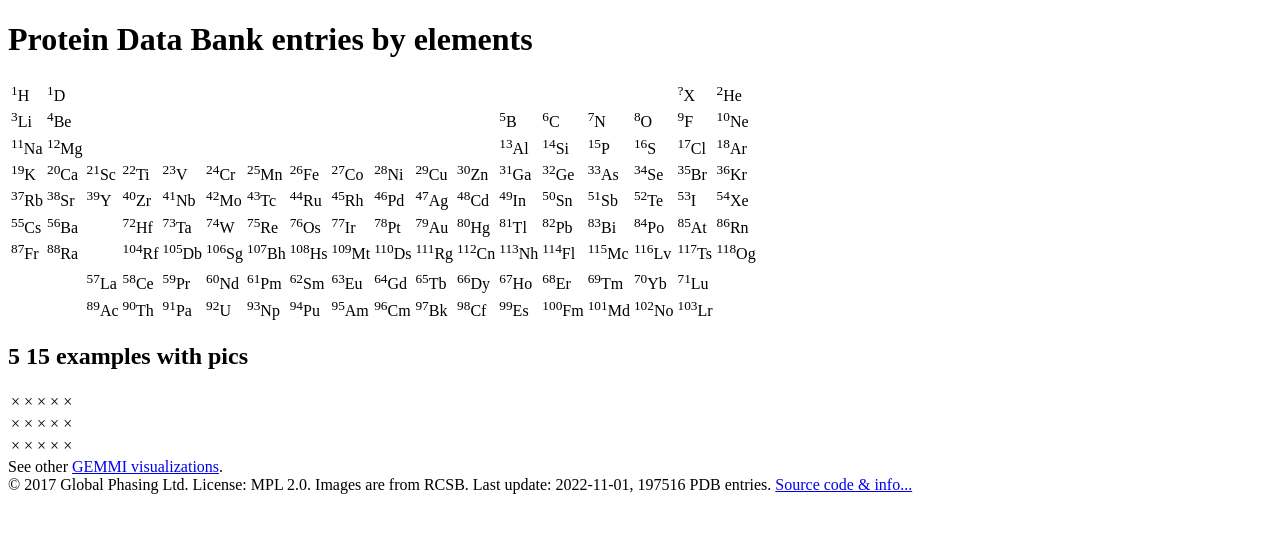
Repository: punitbathija/Placement-Assitance-iNeuron
Page: periodicTable.html
The author's editor kept a copy of each file at every save. The page is drawn from the files as they stood at one save, then again after the next save.
The browser window is 1280 px wide. The pictures show the whole page.

Above is the page before, as saved 2023-05-22 17:40:31.

### periodicTable.html
<!DOCTYPE html>
<html lang="en">
  <head>
    <meta charset="UTF-8" />
    <meta http-equiv="X-UA-Compatible" content="IE=edge" />
    <meta name="viewport" content="width=device-width, initial-scale=1.0" />
    <title>Document</title>
    <link rel="stylesheet" href="periodicTable.css" />
  </head>
  <body>
    <h1>Protein Data Bank entries by&nbsp;elements</h1>
    <table id="periodic">
      <tr id="p1">
        <td id="H" title="Hydrogen"><sup>1</sup>H</td>
        <td id="D" title="Deuterium"><sup>1</sup>D</td>
        <td class="empty" colspan="14"></td>
        <td id="X" title="Unknown"><sup>?</sup>X</td>
        <td id="He" title="Helium"><sup>2</sup>He</td>
      </tr>
      <tr id="p2">
        <td id="Li" title="Lithium"><sup>3</sup>Li</td>
        <td id="Be" title="Beryllium"><sup>4</sup>Be</td>
        <td class="empty" id="desc" colspan="10" rowspan="2"></td>
        <td id="B" title="Boron"><sup>5</sup>B</td>
        <td id="C" title="Carbon"><sup>6</sup>C</td>
        <td id="N" title="Nitrogen"><sup>7</sup>N</td>
        <td id="O" title="Oxygen"><sup>8</sup>O</td>
        <td id="F" title="Fluorine"><sup>9</sup>F</td>
        <td id="Ne" title="Neon"><sup>10</sup>Ne</td>
      </tr>
      <tr id="p3">
        <td id="Na" title="Sodium"><sup>11</sup>Na</td>
        <td id="Mg" title="Magnesium"><sup>12</sup>Mg</td>
        <td id="Al" title="Aluminium"><sup>13</sup>Al</td>
        <td id="Si" title="Silicon"><sup>14</sup>Si</td>
        <td id="P" title="Phosphorus"><sup>15</sup>P</td>
        <td id="S" title="Sulfur"><sup>16</sup>S</td>
        <td id="Cl" title="Chlorine"><sup>17</sup>Cl</td>
        <td id="Ar" title="Argon"><sup>18</sup>Ar</td>
      </tr>
      <tr id="p4">
        <td id="K" title="Potassium"><sup>19</sup>K</td>
        <td id="Ca" title="Calcium"><sup>20</sup>Ca</td>
        <td id="Sc" title="Scandium"><sup>21</sup>Sc</td>
        <td id="Ti" title="Titanium"><sup>22</sup>Ti</td>
        <td id="V" title="Vanadium"><sup>23</sup>V</td>
        <td id="Cr" title="Chromium"><sup>24</sup>Cr</td>
        <td id="Mn" title="Manganese"><sup>25</sup>Mn</td>
        <td id="Fe" title="Iron"><sup>26</sup>Fe</td>
        <td id="Co" title="Cobalt"><sup>27</sup>Co</td>
        <td id="Ni" title="Nickel"><sup>28</sup>Ni</td>
        <td id="Cu" title="Copper"><sup>29</sup>Cu</td>
        <td id="Zn" title="Zinc"><sup>30</sup>Zn</td>
        <td id="Ga" title="Gallium"><sup>31</sup>Ga</td>
        <td id="Ge" title="Germanium"><sup>32</sup>Ge</td>
        <td id="As" title="Arsenic"><sup>33</sup>As</td>
        <td id="Se" title="Selenium"><sup>34</sup>Se</td>
        <td id="Br" title="Bromine"><sup>35</sup>Br</td>
        <td id="Kr" title="Krypton"><sup>36</sup>Kr</td>
      </tr>
      <tr id="p5">
        <td id="Rb" title="Rubidium"><sup>37</sup>Rb</td>
        <td id="Sr" title="Strontium"><sup>38</sup>Sr</td>
        <td id="Y" title="Yttrium"><sup>39</sup>Y</td>
        <td id="Zr" title="Zirconium"><sup>40</sup>Zr</td>
        <td id="Nb" title="Niobium"><sup>41</sup>Nb</td>
        <td id="Mo" title="Molybdenum"><sup>42</sup>Mo</td>
        <td id="Tc" title="Technetium"><sup>43</sup>Tc</td>
        <td id="Ru" title="Ruthenium"><sup>44</sup>Ru</td>
        <td id="Rh" title="Rhodium"><sup>45</sup>Rh</td>
        <td id="Pd" title="Palladium"><sup>46</sup>Pd</td>
        <td id="Ag" title="Silver"><sup>47</sup>Ag</td>
        <td id="Cd" title="Cadmium"><sup>48</sup>Cd</td>
        <td id="In" title="Indium"><sup>49</sup>In</td>
        <td id="Sn" title="Tin"><sup>50</sup>Sn</td>
        <td id="Sb" title="Antimony"><sup>51</sup>Sb</td>
        <td id="Te" title="Tellurium"><sup>52</sup>Te</td>
        <td id="I" title="Iodine"><sup>53</sup>I</td>
        <td id="Xe" title="Xenon"><sup>54</sup>Xe</td>
      </tr>
      <tr id="p6">
        <td id="Cs" title="Caesium"><sup>55</sup>Cs</td>
        <td id="Ba" title="Barium"><sup>56</sup>Ba</td>
        <td class="empty"></td>
        <td id="Hf" title="Hafnium"><sup>72</sup>Hf</td>
        <td id="Ta" title="Tantalum"><sup>73</sup>Ta</td>
        <td id="W" title="Tungsten"><sup>74</sup>W</td>
        <td id="Re" title="Rhenium"><sup>75</sup>Re</td>
        <td id="Os" title="Osmium"><sup>76</sup>Os</td>
        <td id="Ir" title="Iridium"><sup>77</sup>Ir</td>
        <td id="Pt" title="Platinum"><sup>78</sup>Pt</td>
        <td id="Au" title="Gold"><sup>79</sup>Au</td>
        <td id="Hg" title="Mercury"><sup>80</sup>Hg</td>
        <td id="Tl" title="Thallium"><sup>81</sup>Tl</td>
        <td id="Pb" title="Lead"><sup>82</sup>Pb</td>
        <td id="Bi" title="Bismuth"><sup>83</sup>Bi</td>
        <td id="Po" title="Polonium"><sup>84</sup>Po</td>
        <td id="At" title="Astatine"><sup>85</sup>At</td>
        <td id="Rn" title="Radon"><sup>86</sup>Rn</td>
      </tr>
      <tr id="p7">
        <td id="Fr" title="Francium"><sup>87</sup>Fr</td>
        <td id="Ra" title="Radium"><sup>88</sup>Ra</td>
        <td class="empty"></td>
        <td id="Rf" title="Rutherfordium"><sup>104</sup>Rf</td>
        <td id="Db" title="Dubnium"><sup>105</sup>Db</td>
        <td id="Sg" title="Seaborgium"><sup>106</sup>Sg</td>
        <td id="Bh" title="Bohrium"><sup>107</sup>Bh</td>
        <td id="Hs" title="Hassium"><sup>108</sup>Hs</td>
        <td id="Mt" title="Meitnerium"><sup>109</sup>Mt</td>
        <td id="Ds" title="Darmstadtium"><sup>110</sup>Ds</td>
        <td id="Rg" title="Roentgenium"><sup>111</sup>Rg</td>
        <td id="Cn" title="Copernicium"><sup>112</sup>Cn</td>
        <td id="Nh" title="Nihonium"><sup>113</sup>Nh</td>
        <td id="Fl" title="Flerovium"><sup>114</sup>Fl</td>
        <td id="Mc" title="Moscovium"><sup>115</sup>Mc</td>
        <td id="Lv" title="Livermorium"><sup>116</sup>Lv</td>
        <td id="Ts" title="Tennessine"><sup>117</sup>Ts</td>
        <td id="Og" title="Oganesson"><sup>118</sup>Og</td>
      </tr>
      <tr class="spacer">
        <td class="empty" colspan="18"></td>
      </tr>
      <tr>
        <td class="empty" colspan="2"></td>
        <td id="La" title="Lanthanum"><sup>57</sup>La</td>
        <td id="Ce" title="Cerium"><sup>58</sup>Ce</td>
        <td id="Pr" title="Praseodymium"><sup>59</sup>Pr</td>
        <td id="Nd" title="Neodymium"><sup>60</sup>Nd</td>
        <td id="Pm" title="Promethium"><sup>61</sup>Pm</td>
        <td id="Sm" title="Samarium"><sup>62</sup>Sm</td>
        <td id="Eu" title="Europium"><sup>63</sup>Eu</td>
        <td id="Gd" title="Gadolinium"><sup>64</sup>Gd</td>
        <td id="Tb" title="Terbium"><sup>65</sup>Tb</td>
        <td id="Dy" title="Dysprosium"><sup>66</sup>Dy</td>
        <td id="Ho" title="Holmium"><sup>67</sup>Ho</td>
        <td id="Er" title="Erbium"><sup>68</sup>Er</td>
        <td id="Tm" title="Thulium"><sup>69</sup>Tm</td>
        <td id="Yb" title="Ytterbium"><sup>70</sup>Yb</td>
        <td id="Lu" title="Lutetium"><sup>71</sup>Lu</td>
        <td class="empty"></td>
      </tr>
      <tr>
        <td class="empty" colspan="2"></td>
        <td id="Ac" title="Actinium"><sup>89</sup>Ac</td>
        <td id="Th" title="Thorium"><sup>90</sup>Th</td>
        <td id="Pa" title="Protactinium"><sup>91</sup>Pa</td>
        <td id="U" title="Uranium"><sup>92</sup>U</td>
        <td id="Np" title="Neptunium"><sup>93</sup>Np</td>
        <td id="Pu" title="Plutonium"><sup>94</sup>Pu</td>
        <td id="Am" title="Americium"><sup>95</sup>Am</td>
        <td id="Cm" title="Curium"><sup>96</sup>Cm</td>
        <td id="Bk" title="Berkelium"><sup>97</sup>Bk</td>
        <td id="Cf" title="Californium"><sup>98</sup>Cf</td>
        <td id="Es" title="Einsteinium"><sup>99</sup>Es</td>
        <td id="Fm" title="Fermium"><sup>100</sup>Fm</td>
        <td id="Md" title="Mendelevium"><sup>101</sup>Md</td>
        <td id="No" title="Nobelium"><sup>102</sup>No</td>
        <td id="Lr" title="Lawrencium"><sup>103</sup>Lr</td>
        <td class="empty"></td>
      </tr>
    </table>
    <h2>
      <span id="show5" class="on">5</span>
      <span id="show15">15</span>
      examples
      <span id="showPics" class="on">with pics</span>
    </h2>
    <table id="examples" class="hide_optional">
      <tr>
        <td>&#xD7;</td>
        <td>&#xD7;</td>
        <td>&#xD7;</td>
        <td>&#xD7;</td>
        <td>&#xD7;</td>
      </tr>
      <tr class="optional">
        <td>&#xD7;</td>
        <td>&#xD7;</td>
        <td>&#xD7;</td>
        <td>&#xD7;</td>
        <td>&#xD7;</td>
      </tr>
      <tr class="optional">
        <td>&#xD7;</td>
        <td>&#xD7;</td>
        <td>&#xD7;</td>
        <td>&#xD7;</td>
        <td>&#xD7;</td>
      </tr>
    </table>
    <div id="detour">
      See other
      <a href="https://project-gemmi.github.io/pdb-stats/"
        >GEMMI visualizations</a
      >.
    </div>
    <div id="footnote">
      &copy; 2017 Global Phasing Ltd. License: MPL 2.0. Images are from RCSB.
      Last update: 2022-11-01, 197516 PDB entries.
      <a href="https://github.com/project-gemmi/periodic-table"
        >Source code & info...</a
      >
    </div>
  </body>
</html>

Loaded but not shown: periodicTable.css (no stored copy; drawn as an empty file)

After the next save:
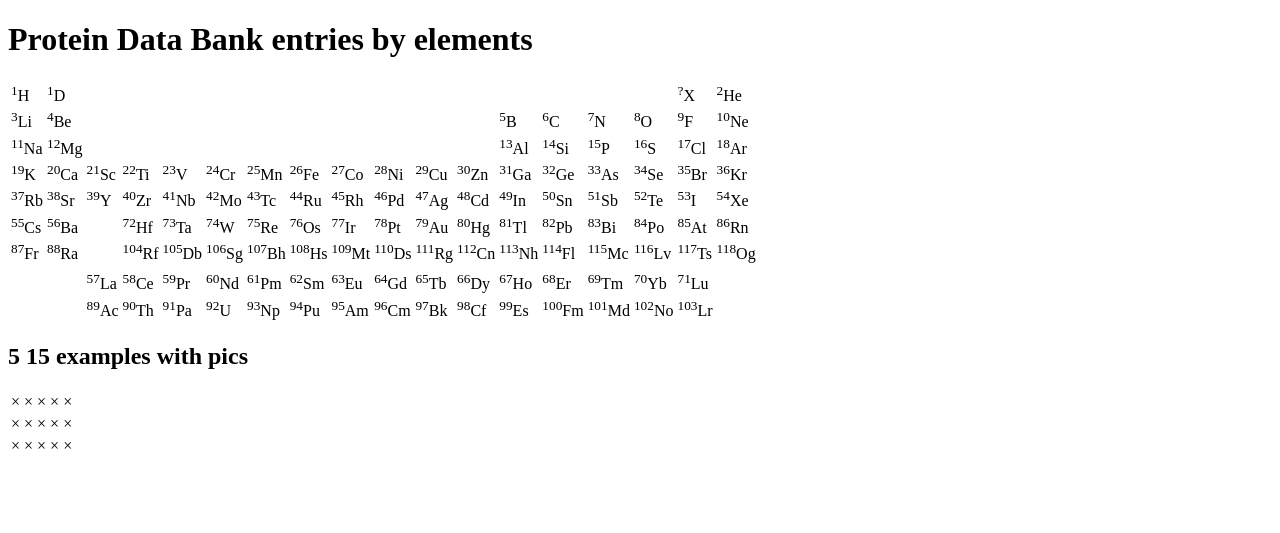
Saved 22 s later.
--- a/periodicTable.html
+++ b/periodicTable.html
@@ -189,18 +189,6 @@
         <td>&#xD7;</td>
       </tr>
     </table>
-    <div id="detour">
-      See other
-      <a href="https://project-gemmi.github.io/pdb-stats/"
-        >GEMMI visualizations</a
-      >.
-    </div>
-    <div id="footnote">
-      &copy; 2017 Global Phasing Ltd. License: MPL 2.0. Images are from RCSB.
-      Last update: 2022-11-01, 197516 PDB entries.
-      <a href="https://github.com/project-gemmi/periodic-table"
-        >Source code & info...</a
-      >
     </div>
   </body>
 </html>
